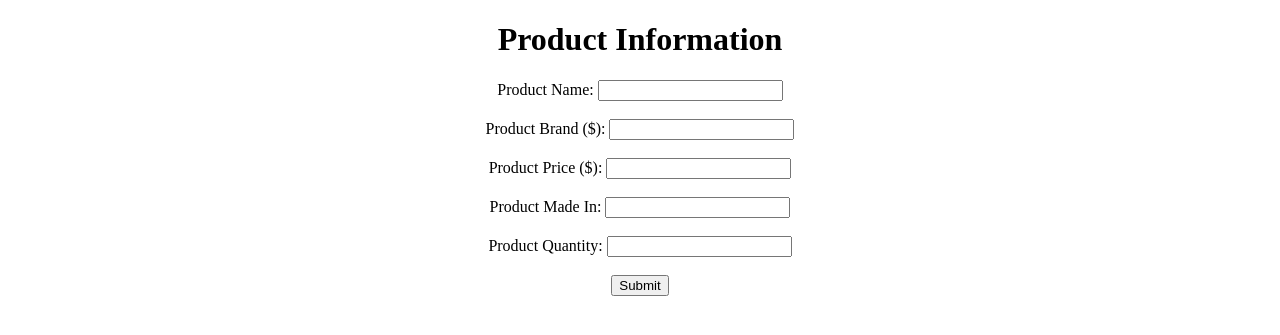
Repository: sohail1810/Product
Page: http://localhost/add-product
The author's editor kept a copy of each file at every save. The page is drawn from the files as they stood at one save, then again after the next save.
The browser window is 1280 px wide. The pictures show the whole page.
The page is this project's Thymeleaf template; nobody is signed in. The template is opened directly, without the code that normally fills it, so the values that code supplies are empty.

Above is the page before, as saved 2024-12-18 07:03:34.

After the next save:
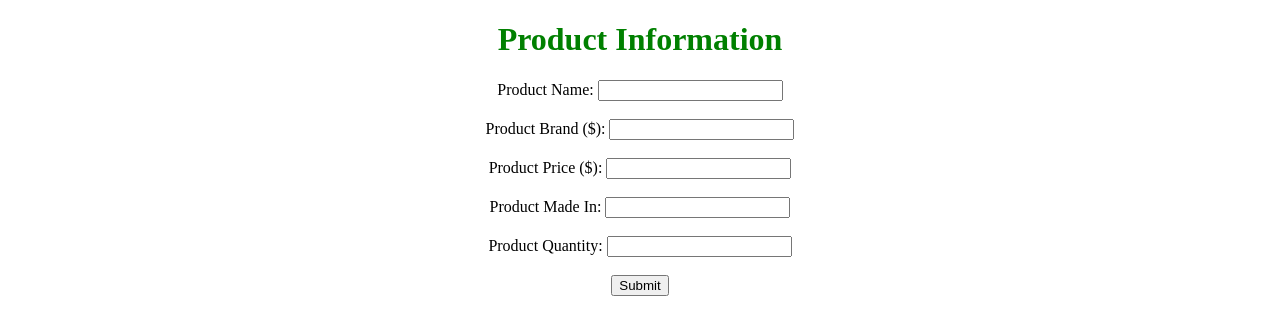
Saved 2 min 27 s later.
--- a/SpringBootMVC-1/src/main/resources/templates/add-product.html
+++ b/SpringBootMVC-1/src/main/resources/templates/add-product.html
@@ -13,7 +13,7 @@
     <title>Product Information Form</title>
 </head>
 <body>
-<center>    <h1>Product Information</h1>
+<center>    <h1 style="color: green;">Product Information</h1>
     <form action="/submit" method="post">
         <label for="productname">Product Name:</label>
         <input type="text" id="productname" name="productname" required><br><br>
